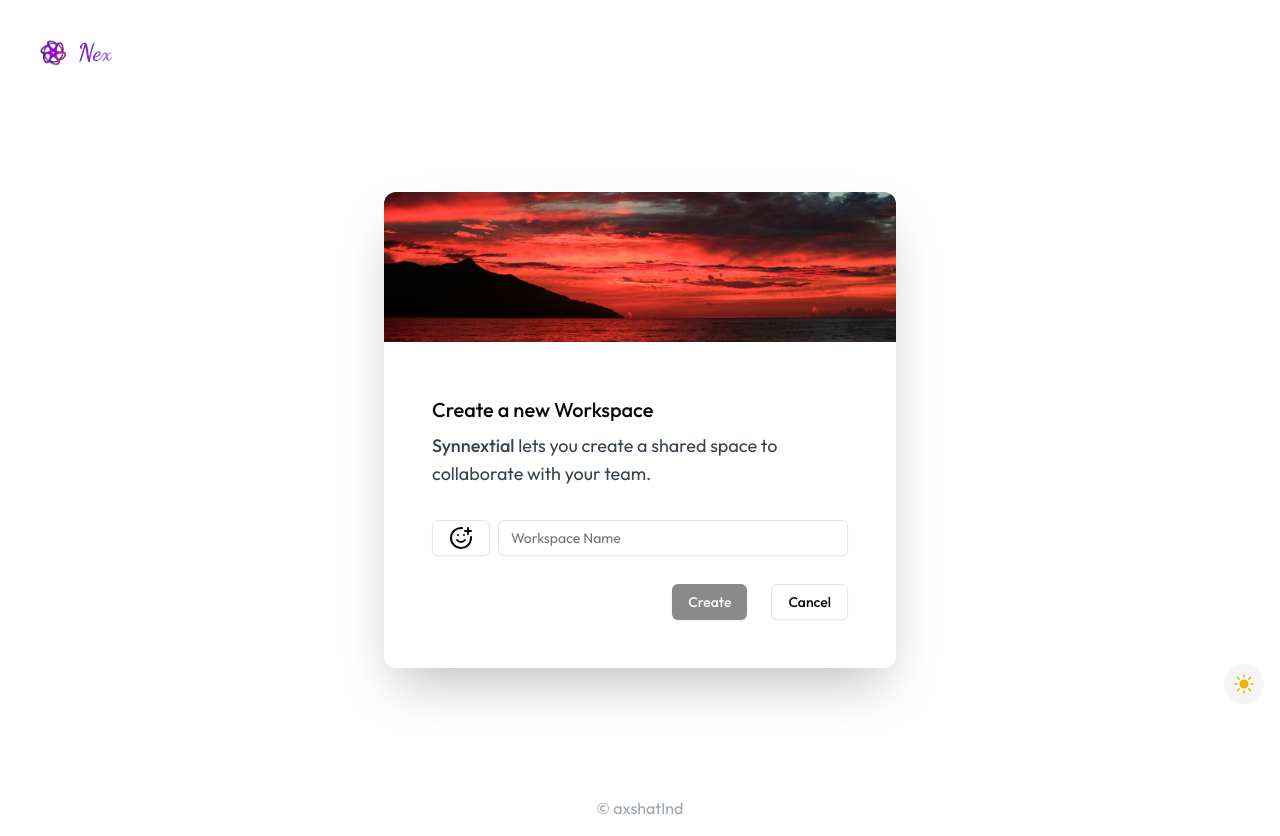
Repository: axshatInd/synnexTial
Page: /createworkspace
The author's editor kept a copy of each file at every save. The page is drawn from the files as they stood at one save, then again after the next save.
The browser window is 1280 px wide. The pictures show the whole page.
The page's requests for data from a server got no answer. The project was rebuilt for these pictures with package versions that can differ from the ones it lists, and the page was loaded fresh each time. Some packages were replaced by stand-ins written for this rebuild. The framework's server and built-in components were replaced by stand-ins that run in the browser. No one was signed in, and anything a server would have sent is missing. Also part of the build but not shown: next.config.mjs.

Above is the page before, as saved 2024-08-28 16:41:34.

After the next save:
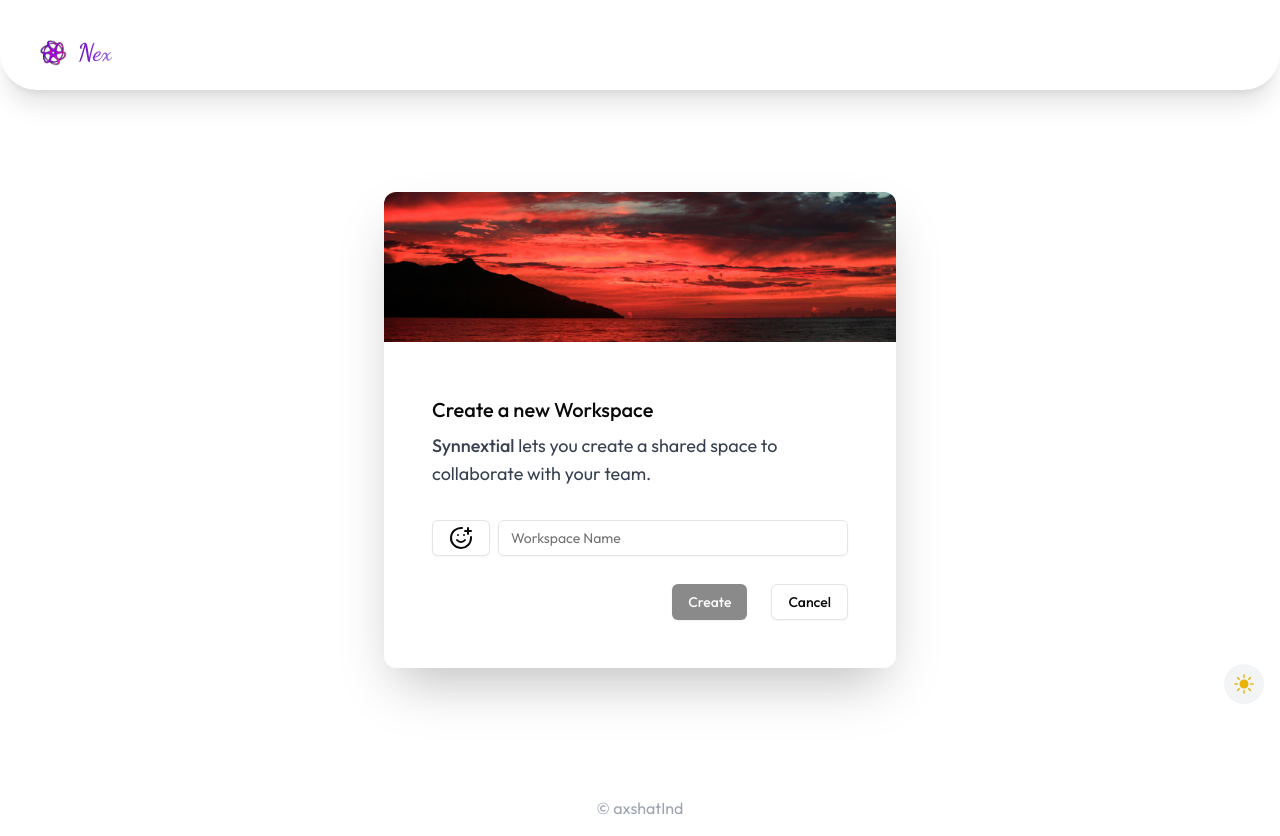
Saved 10 s later.
--- a/app/(routes)/dashboard/_components/Header.jsx
+++ b/app/(routes)/dashboard/_components/Header.jsx
@@ -19,7 +19,7 @@
   return (
     <header
       ref={headerRef} // Reference for animation
-      className={`fixed top-4 left-1/2 transform -translate-x-1/2 z-50 flex justify-between items-center px-4 py-2 md:px-6 md:py-3 shadow-3xl rounded-full bg-white w-full max-w-7xl overflow-hidden ${
+      className={`fixed top-4 left-1/2 transform -translate-x-1/2 z-50 flex justify-between items-center px-4 py-2 md:px-6 md:py-3 shadow-xl rounded-full bg-white w-full max-w-7xl overflow-hidden ${
         theme === "dark" ? "dark:bg-black" : ""
       }`}
     >
